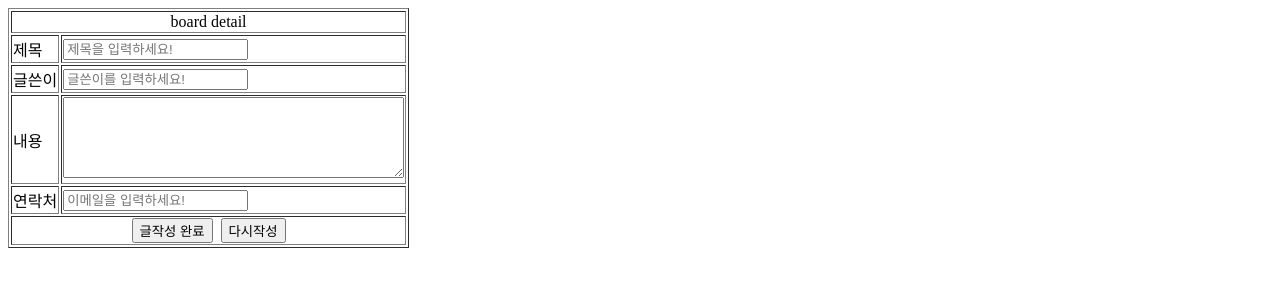
Repository: k0603156/JAVA
Page: http://localhost/StartBoard/detail.jsp
The author's editor kept a copy of each file at every save. The page is drawn from the files as they stood at one save, then again after the next save.
The browser window is 1280 px wide. The pictures show the whole page.
The page is served by Tomcat 9. Other server files are loaded and not shown.

Above is the page before, as saved 2020-03-11 06:14:31.

### SERVLET/workspace/StartBoard/WebContent/detail.jsp
<%@ page language="java" contentType="text/html; charset=UTF-8"
    pageEncoding="UTF-8"%>
<!DOCTYPE html>
<html>
<head>
<meta charset="UTF-8">
<title>detail.jsp</title>
</head>
<body>
<table border="1">
		<tr>
		<td colspan="2" style="text-align: center;">board detail</td>
		</tr>
		<tr>
			<td>제목</td>
			<td><input type="text" placeholder="제목을 입력하세요!" name="title" required></td>
		</tr>
		<tr>
			<td>글쓴이</td>
			<td><input type="text" placeholder="글쓴이를 입력하세요!" name="author" required></td>
		</tr>
		<tr>
			<td>내용</td>
			<td><textarea cols="40" rows="5" name="content"></textarea></td>
		</tr>
		<tr>
			<td>연락처</td>
			<td><input type="email" placeholder="이메일을 입력하세요!" name="email"></td>
		</tr>
		<tr>
		<td colspan="2" style="text-align: center;">
			<input type="submit" value="글작성 완료">&nbsp;
			<input type="reset" value="다시작성">
		</td>
		</tr>
	</table>
</body>
</html>

After the next save:
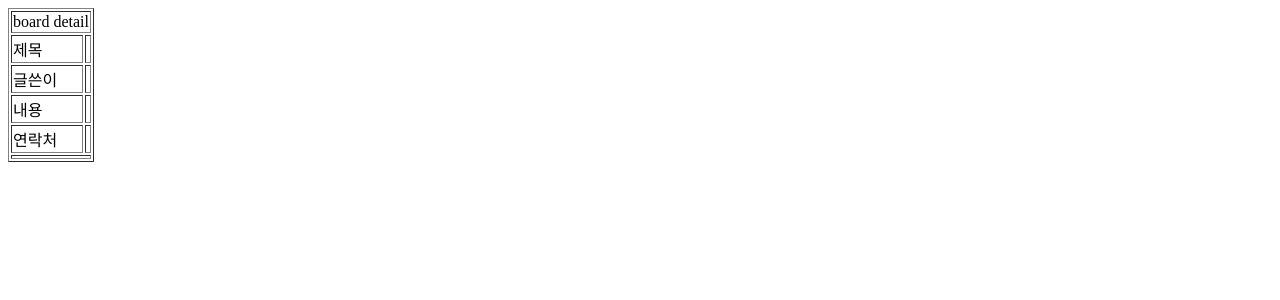
Saved 26 s later.
--- a/SERVLET/workspace/StartBoard/WebContent/detail.jsp
+++ b/SERVLET/workspace/StartBoard/WebContent/detail.jsp
@@ -13,24 +13,23 @@
 		</tr>
 		<tr>
 			<td>제목</td>
-			<td><input type="text" placeholder="제목을 입력하세요!" name="title" required></td>
+			<td></td>
 		</tr>
 		<tr>
 			<td>글쓴이</td>
-			<td><input type="text" placeholder="글쓴이를 입력하세요!" name="author" required></td>
+			<td></td>
 		</tr>
 		<tr>
 			<td>내용</td>
-			<td><textarea cols="40" rows="5" name="content"></textarea></td>
+			<td></td>
 		</tr>
 		<tr>
 			<td>연락처</td>
-			<td><input type="email" placeholder="이메일을 입력하세요!" name="email"></td>
+			<td></td>
 		</tr>
 		<tr>
 		<td colspan="2" style="text-align: center;">
-			<input type="submit" value="글작성 완료">&nbsp;
-			<input type="reset" value="다시작성">
+
 		</td>
 		</tr>
 	</table>
